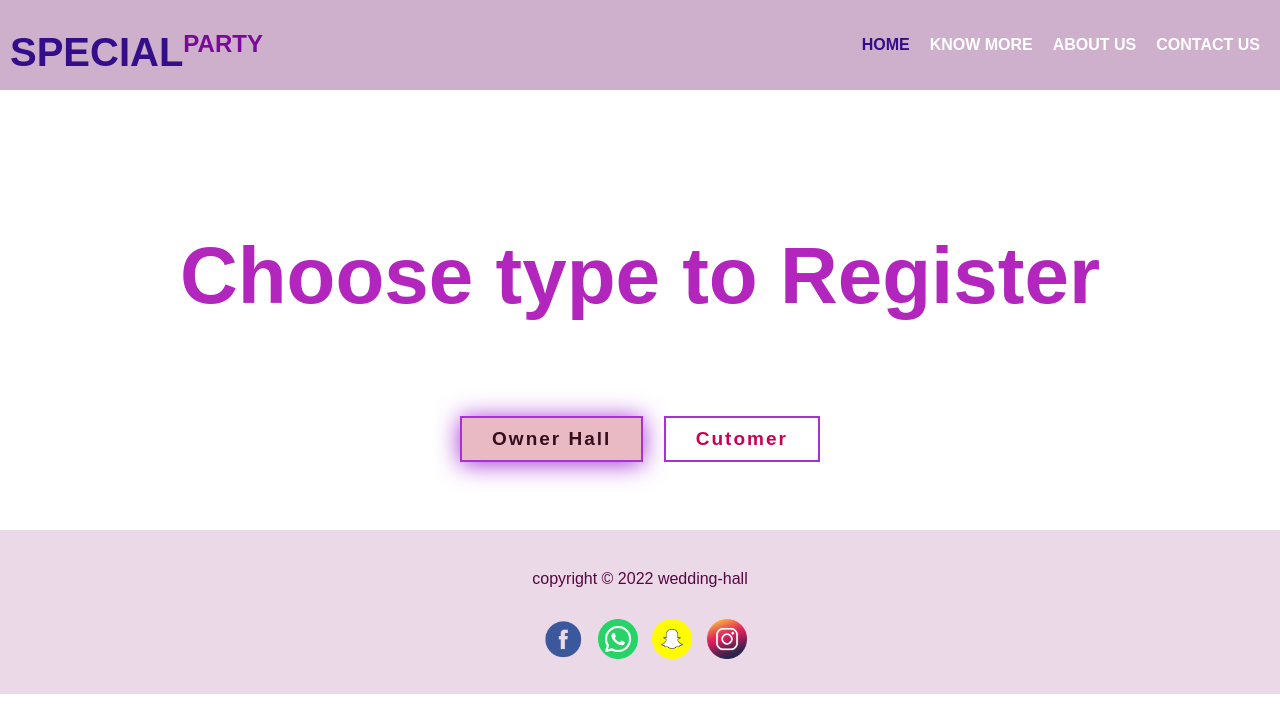
Repository: special4Party/Graduation-project-wedding-hall
Page: http://localhost/include/temp/choosing_type_signup.html
These files come from the project's save history. The page is drawn as it stood at one moment and after the next save; the edit follows.
The browser window is 1280 px wide. The pictures show the whole page.
The pointer rests on the first visible `.btn`.
The page is run by PHP 8.4 with error messages shown; the project is at /var/www/html/.

Above is the page before, as saved 2022-04-14 14:25:54.

### include/temp/choosing_type_signup.html
<!DOCTYPE html>
<html lang="en">
<head>
    <meta charset="UTF-8">
    <link rel="stylesheet" href="/layout/css/type_signup.css">
    <link rel="stylesheet" href="/layout/css/normalize.css">

    <title>type sign up</title>
</head>
<body>
    <!-- start header -->
     <div class="header">
			<div class="navbar">
				<div class="container">

					<h2 > <span>Special</span>  Party </h2>
					<ul>
						<li class="active"><a href="/index.html">Home</a> </li>
						<li><a href="/index.html#Know-more">Know More</a></li>
						<li><a href="/index.html#about-us-link">About us</a></li>
						<li><a href="/index.html#contact">contact us</a></li>
					</ul>
			    </div>
			</div>
	 </div>
	<!-- End header -->
<!-- ---------------------------------------------------------------- -->
<div class="container-body">
    <div class="content">
        <h1>Choose type to Register</h1>
        <button class="btn">Owner Hall</button>
        <button class="btn">Cutomer</button>
    </div>
</div>

<!-- ---------------------------------------------------------------- -->
    <!-- start footer -->
<footer class="footer">
	<div class="container">
		<span>copyright &copy; 2022 wedding-hall</span>
		<ul>
			<li>
				<a href="http://facebook.com">
				    <img src="/images/img/face.png"alt="facebook">
			    </a>
			</li>
			<li>
				<a href="http://web.whatsapp.com">
				    <img src="/images/img/what.png"alt="whatsapp">
			    </a>
			</li>
			<li>
				<a href="http://accounts.snapchat.com">
			    	<img src="/images/img/snap.png"alt="snapchat">
			    </a>
			</li>
			<li>
				<a href="http://www.instagram.com">
					<img src="/images/img/insta.png"alt="instagram">
				</a>
			</li>
		</ul>
	</div>
</footer>

	<!-- End footer-->
</body>
</html>

### layout/css/type_signup.css



/* ----------------------------------------- */
/* Start header */
    .header .navbar{
    background-color: rgb(206, 176, 204);
    color: rgb(123, 9, 151);
    height: 70px;
    padding: 10px;
    overflow: hidden;
    }

    .header .navbar h2{
        float: left;
        text-transform: uppercase;
    }

    .header .navbar h2 span{
    float: left;
    color: rgb(51, 14, 136);
    font-size: 40px;
    }

    .header .navbar ul{
    list-style: none;
    padding-left: 0px;
    overflow: hidden;
    float: right;
    }

    .header .navbar ul li {
        float: left;
        padding: 10px;
        text-transform: uppercase;

    }

    .header .navbar ul li a {
    color: white;
    text-decoration: none;
    font-weight: bold;
    }

    .header .navbar ul li.active a,
    .header .navbar ul li a:hover {
        color: rgb(51, 14, 136);
    }
    .header .navbar ul li.active a:hover{
        color: #880d80;
    }
    /* End header */
/* ----start body----- */
.container-body{
        width: 1170px;
        margin: auto;
        height: 300px;
}
.content{
    text-align: center;
    margin-top: 12%;
}
.content h1{
    font-size: 80px;
    color: rgb(178, 38, 190);
}
.btn{
    cursor: pointer;
    color: #cc0052;
    font-size: 19px;
    letter-spacing: 2px;
    padding: 10px 30px;
    border: 2px solid #a532d3;
    background: transparent;
    text-decoration: none;
    text-align: center;
    font-weight: bold;
    margin: 40px 8px;
}
.btn:hover{
    color: #350d1d;
    background-color: rgb(233, 186, 196);
    box-shadow: 0px 2px 25px #a532d3;
}


/* ---end body------ */






    /* start footer*/
.footer{
    background-color:rgb(235, 217, 232);
    padding: 10px ;
    overflow: hidden;
    text-align: center;
}

.footer span{
    float: right;
    padding-top: 30px;
    padding-bottom: 10px;
    width: 100%;
    color: #550641;
}

.footer ul{
    width: 100%;
    list-style: none;
    padding-left: 0px;
    float: right;
}

.footer ul li{
   display: inline-block;
   width: 40px;
   margin:0px 5px 0px ;
}

.footer ul li img{
    width: 100%;
    padding: 5px;
}
.footer ul li img:hover{
    border: 0px solid rgb(223, 85, 188);
    border-radius: 40px;
    box-shadow: 0px 1px 15px rgb(149, 9, 177);
}
/* End footer*/

Loaded but not shown: layout/css/normalize.css (library)

After the next save:
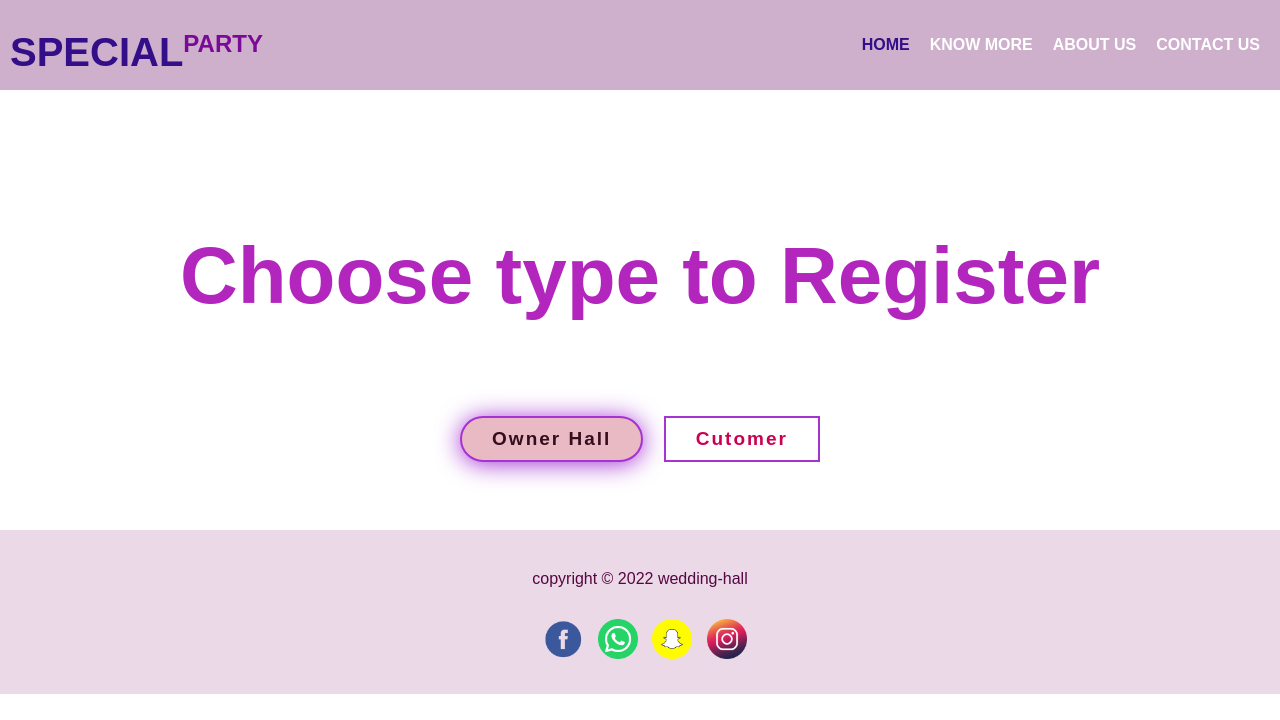
Saved 14 s later.
--- a/layout/css/type_signup.css
+++ b/layout/css/type_signup.css
@@ -81,6 +81,7 @@
     color: #350d1d;
     background-color: rgb(233, 186, 196);
     box-shadow: 0px 2px 25px #a532d3;
+    border-radius: 30px;
 }
 
 
